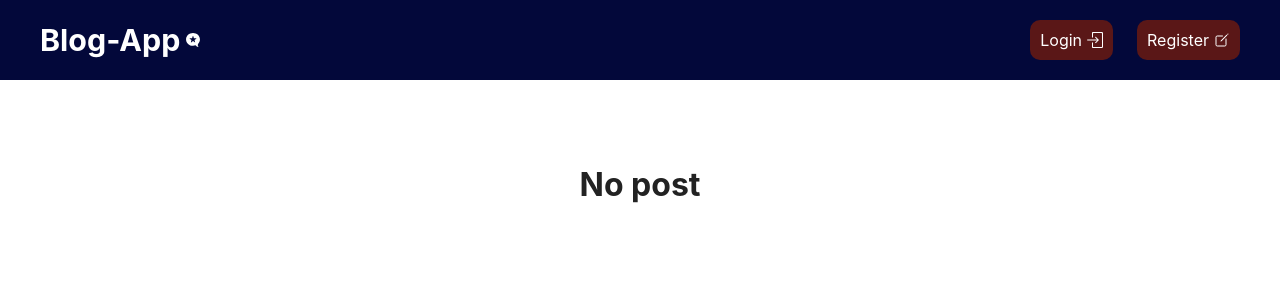
Repository: ateeque-219/BlogApp
Page: / (app in blogapp/)
The author's editor kept a copy of each file at every save. The page is drawn from the files as they stood at one save, then again after a run of saves.
The browser window is 1280 px wide. The pictures show the whole page.
The page's requests for data from a server got no answer. The project was rebuilt for these pictures with package versions that can differ from the ones it lists, and the page was loaded fresh each time. No one was signed in, and anything a server would have sent is missing. Also part of the build but not shown: blogapp/src/Post.js, blogapp/src/pages/LoginPage.js, blogapp/src/pages/RegisterPage.js, blogapp/src/pages/CreatePost.js, blogapp/src/pages/PostPage.js, blogapp/src/pages/EditPost.js. Imported but missing from the stored project, and not drawn on this page: blogapp/src/Editor.

Above is the page before, as saved 2024-01-23 20:35:22.

After the next 2 saves:
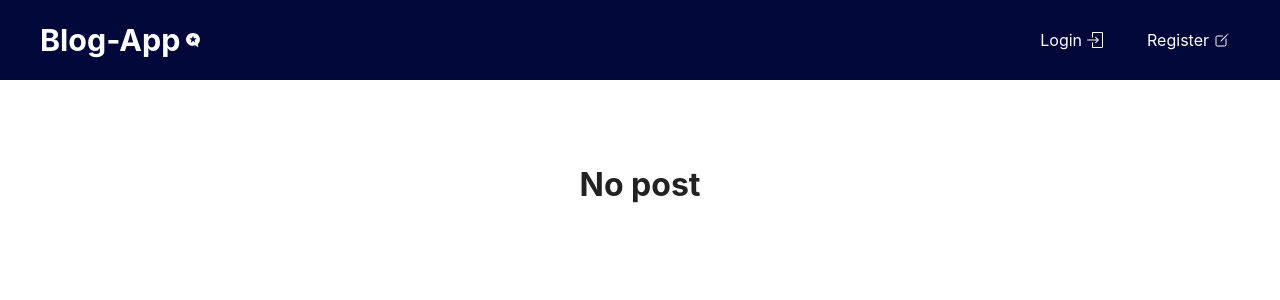
The 2 saves are shown as one change because they came seconds apart.
The last was saved 11 min 2 s later.
--- a/blogapp/src/App.css
+++ b/blogapp/src/App.css
@@ -333,6 +333,6 @@ a svg{
   align-items: center;
   padding: 10px;
   gap: 5px;
-  background-color: #5a1717;
+  background-color: #03083a;
   border-radius: 10px;
 }
